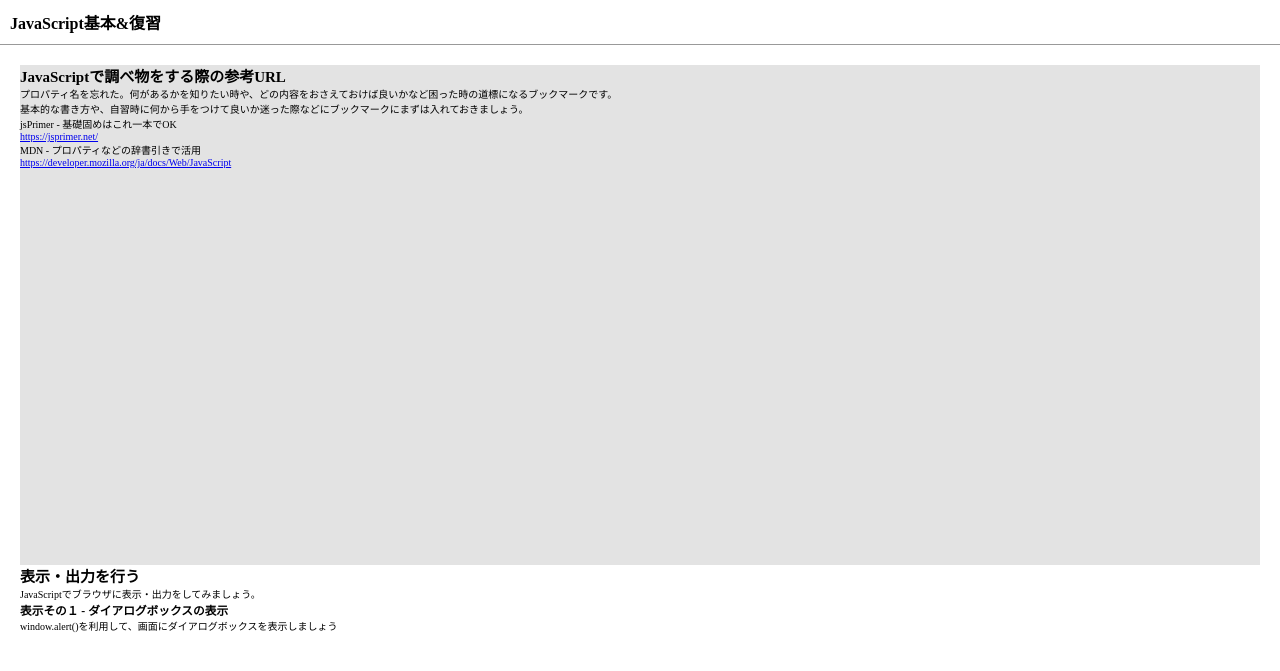
Repository: Yuto-Arakawa/study_js
Page: 01_basic/荒川/ara_basic01.html
An editor plug-in stored every save of this project. The page is shown before and after the next save, followed by the edit.
The browser window is 1280 px wide. The pictures show the whole page.

Above is the page before, as saved 2026-11-06 14:50:33.

### 01_basic/荒川/ara_basic01.html
<!DOCTYPE html>
<html lang="ja">
<head>
  <meta charset="utf-8">
  <meta name="viewport" content="width=device-width, initial-scale=1">
  <meta name="color-scheme" content="light">
  <meta name="format-detection" content="telephone=no">
  <meta name="description" content="ここに説明文を設定">
  <title>ara_basic01</title>

  <!-- 共有用 OGP / X(Twitter) -->
  <meta property="og:site_name" content="サイト名">
  <meta property="og:title" content="サイトタイトル">
  <meta property="og:description" content="サイト説明文">
  <meta property="og:type" content="website">
  <meta property="og:url" content="https://hoge.ecc.com/">
  <meta property="og:image" content="https://hoge.ecc.com/ogp.png">
  <meta name="twitter:card" content="summary_large_image">
  <meta name="twitter:site" content="@twitteraccount">

  <!-- 正規URL -->
  <link rel="canonical" href="URL">
	<!-- 多言語サイト用 -->
	<!-- <link rel="alternate" hreflang="ja" href="URL"> -->

  <!-- アイコン（SVG優先、ICOフォールバック、Apple Touch） -->
  <link rel="icon" type="image/svg+xml" href="favicon.svg">
  <link rel="alternate icon" href="favicon.ico">
  <link rel="apple-touch-icon" href="apple-touch-icon.png" sizes="180x180">

  <!-- テーマカラー（PWAでなくてもアドレスバー色に反映） -->
  <meta name="theme-color" content="#FFFFFF">

	<!-- スタイルの読み込み -->
    <link rel="stylesheet" href="css/ress.css">
    <link rel="stylesheet" href="css/basic01.css">

</head>
<body>
    <header>
        <h1>JavaScript基本&復習</h1>
    </header>
    <main>
        <div class="reference">
            <h2>JavaScriptで調べ物をする際の参考URL</h2>
                <p>
                    プロパティ名を忘れた。何があるかを知りたい時や、どの内容をおさえておけば良いかなど困った時の道標になるブックマークです。<br>
                    基本的な書き方や、自習時に何から手をつけて良いか迷った際などにブックマークにまずは入れておきましょう。
                </p>

                <p>
                    jsPrimer - 基礎固めはこれ一本でOK<br>
                    <a href="https://jsprimer.net/" target="_blank">https://jsprimer.net/</a>
                </p>
                <p>
                    MDN - プロパティなどの辞書引きで活用<br>
                    <a href="https://developer.mozilla.org/ja/docs/Web/JavaScript" target="_blank">https://developer.mozilla.org/ja/docs/Web/JavaScript</a>
                </p>
        </div>
            <h2>表示・出力を行う</h2>
                <p>JavaScriptでブラウザに表示・出力をしてみましょう。</p>
            <h3>表示その１ - ダイアログボックスの表示</h3>
                <p>window.alert()を利用して、画面にダイアログボックスを表示しましょう</p>
    </main>
</body>
</html>

### 01_basic/荒川/css/ress.css
/* resset.dev • v6.0.0 */

/* # =================================================================
   # Global selectors
   # ================================================================= */

html {
  box-sizing: border-box;
  -webkit-text-size-adjust: 100%; /* Prevent adjustments of font size after orientation changes in iOS */
  word-break: normal;
  -moz-tab-size: 4;
  tab-size: 4;
}

*,
::before,
::after {
  background-repeat: no-repeat; /* Set `background-repeat: no-repeat` to all elements and pseudo elements */
  box-sizing: inherit;
}

::before,
::after {
  text-decoration: inherit; /* Inherit text-decoration and vertical align to ::before and ::after pseudo elements */
  vertical-align: inherit;
}

* {
  padding: 0; /* Reset `padding` and `margin` of all elements */
  margin: 0;
}

/* # =================================================================
   # General elements
   # ================================================================= */

hr {
  overflow: visible; /* Show the overflow in Edge and IE */
  height: 0; /* Add the correct box sizing in Firefox */
  color: inherit; /* Correct border color in Firefox. */
}

details,
main {
  display: block; /* Render the `main` element consistently in IE. */
}

summary {
  display: list-item; /* Add the correct display in all browsers */
}

small {
  font-size: 80%; /* Set font-size to 80% in `small` elements */
}

[hidden] {
  display: none; /* Add the correct display in IE */
}

abbr[title] {
  border-bottom: none; /* Remove the bottom border in Chrome 57 */
  /* Add the correct text decoration in Chrome, Edge, IE, Opera, and Safari */
  text-decoration: underline;
  text-decoration: underline dotted;
}

a {
  background-color: transparent; /* Remove the gray background on active links in IE 10 */
}

a:active,
a:hover {
  outline-width: 0; /* Remove the outline when hovering in all browsers */
}

code,
kbd,
pre,
samp {
  font-family: monospace, monospace; /* Specify the font family of code elements */
}

pre {
  font-size: 1em; /* Correct the odd `em` font sizing in all browsers */
}

b,
strong {
  font-weight: bolder; /* Add the correct font weight in Chrome, Edge, and Safari */
}

/* https://gist.github.com/unruthless/413930 */
sub,
sup {
  font-size: 75%;
  line-height: 0;
  position: relative;
  vertical-align: baseline;
}

sub {
  bottom: -0.25em;
}

sup {
  top: -0.5em;
}

table {
  border-color: inherit; /* Correct border color in all Chrome, Edge, and Safari. */
  text-indent: 0; /* Remove text indentation in Chrome, Edge, and Safari */
}

iframe {
  border-style: none;
}

/* # =================================================================
   # Accessibility
   # ================================================================= */

/* Specify the progress cursor of updating elements */
[aria-busy='true'] {
  cursor: progress;
}

/* Specify the pointer cursor of trigger elements */
[aria-controls] {
  cursor: pointer;
}

/* # =================================================================
   # Forms
   # ================================================================= */

input {
  border-radius: 0;
}

[type='number']::-webkit-inner-spin-button,
[type='number']::-webkit-outer-spin-button {
  height: auto; /* Correct the cursor style of increment and decrement buttons in Chrome */
}

[type='search'] {
  -webkit-appearance: textfield; /* Correct the odd appearance in Chrome and Safari */
  outline-offset: -2px; /* Correct the outline style in Safari */
}

[type='search']::-webkit-search-decoration {
  -webkit-appearance: none; /* Remove the inner padding in Chrome and Safari on macOS */
}

textarea {
  overflow: auto; /* Internet Explorer 11+ */
  resize: vertical; /* Specify textarea resizability */
}

button,
input,
optgroup,
select,
textarea {
  font: inherit; /* Specify font inheritance of form elements */
}

optgroup {
  font-weight: bold; /* Restore the font weight unset by the previous rule */
}

button {
  overflow: visible; /* Address `overflow` set to `hidden` in IE 8/9/10/11 */
}

button,
select {
  text-transform: none; /* Firefox 40+, Internet Explorer 11- */
}

/* Apply cursor pointer to button elements */
button,
[type='button'],
[type='reset'],
[type='submit'],
[role='button'] {
  cursor: pointer;
}

/* Remove inner padding and border in Firefox 4+ */
button::-moz-focus-inner,
[type='button']::-moz-focus-inner,
[type='reset']::-moz-focus-inner,
[type='submit']::-moz-focus-inner {
  border-style: none;
  padding: 0;
}

/* Replace focus style removed in the border reset above */
button:-moz-focusring,
[type='button']::-moz-focus-inner,
[type='reset']::-moz-focus-inner,
[type='submit']::-moz-focus-inner {
  outline: 1px dotted ButtonText;
}

button,
html [type='button'], /* Prevent a WebKit bug where (2) destroys native `audio` and `video`controls in Android 4 */
[type='reset'],
[type='submit'] {
  -webkit-appearance: button; /* Correct the inability to style clickable types in iOS */
}

/* Remove the default button styling in all browsers */
button,
input,
select,
textarea {
  background-color: transparent;
  border-style: none;
}

a:focus,
button:focus,
input:focus,
select:focus,
textarea:focus {
  outline-width: 0;
}

/* Style select like a standard input */
select {
  -moz-appearance: none; /* Firefox 36+ */
  -webkit-appearance: none; /* Chrome 41+ */
}

select::-ms-expand {
  display: none; /* Internet Explorer 11+ */
}

select::-ms-value {
  color: currentColor; /* Internet Explorer 11+ */
}

legend {
  border: 0; /* Correct `color` not being inherited in IE 8/9/10/11 */
  color: inherit; /* Correct the color inheritance from `fieldset` elements in IE */
  display: table; /* Correct the text wrapping in Edge and IE */
  max-width: 100%; /* Correct the text wrapping in Edge and IE */
  white-space: normal; /* Correct the text wrapping in Edge and IE */
  max-width: 100%; /* Correct the text wrapping in Edge 18- and IE */
}

::-webkit-file-upload-button {
  /* Correct the inability to style clickable types in iOS and Safari */
  -webkit-appearance: button;
  color: inherit;
  font: inherit; /* Change font properties to `inherit` in Chrome and Safari */
}

/* Replace pointer cursor in disabled, not-editable, or otherwise inoperable elements */
[disabled],
[aria-disabled='true'] {
  cursor: default;
}

/* # =================================================================
   # Specify media element style
   # ================================================================= */

img {
  border-style: none; /* Remove border when inside `a` element in IE 8/9/10 */
}

/* Add the correct vertical alignment in Chrome, Firefox, and Opera */
progress {
  vertical-align: baseline;
}

### 01_basic/荒川/css/basic01.css
html{
    font-size: 62.5%;
}

header{
    padding: 1rem;
    border-bottom: solid 1px #999;
    font-size: 8px;
}

main{
    padding: 20px;
}

.reference{
    height: 500px;
    background-color: #e3e3e3;
}

After the next save:
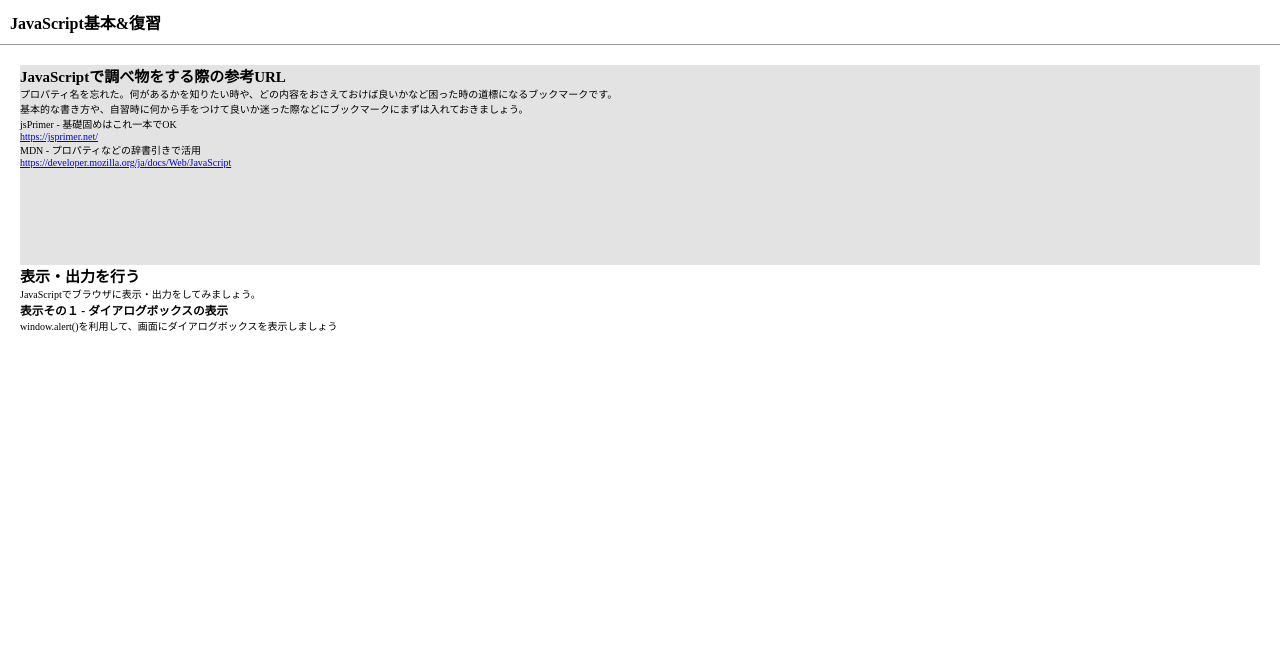
Saved 14 s later.
--- a/01_basic/荒川/css/basic01.css
+++ b/01_basic/荒川/css/basic01.css
@@ -13,6 +13,6 @@ main{
 }
 
 .reference{
-    height: 500px;
+    height: 200px;
     background-color: #e3e3e3;
 }
